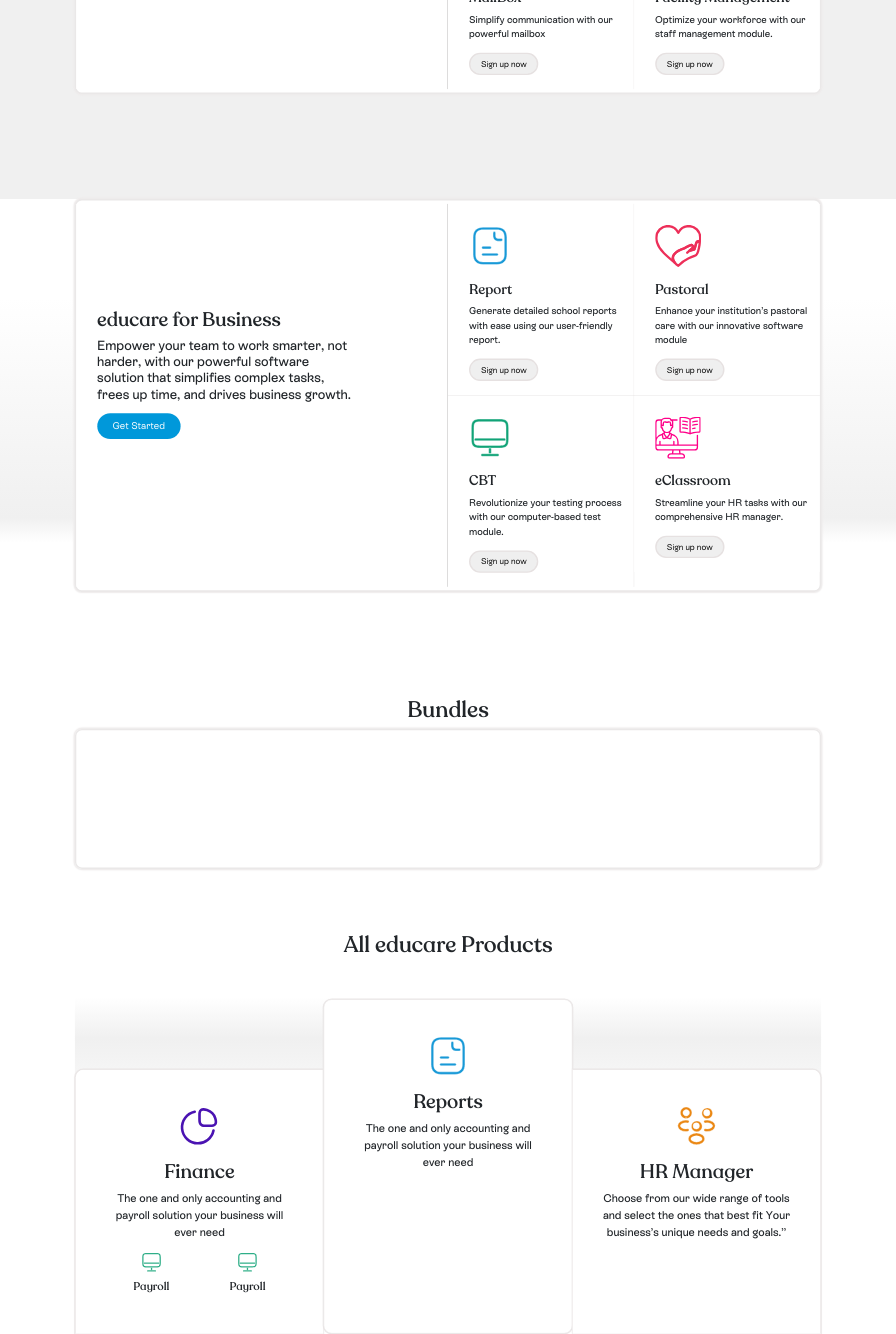
Repository: sarahnnanyelugo/educare-web
Page: /
These files come from the project's save history. The page is drawn as it stood at one moment and after the next save; the edit follows.
The browser window is 1280 px wide. The pictures show the part of the page from y = 1605 to 3525 px (the page is 3511 px tall before and 3525 px after), at 70% of full size.
The project was rebuilt for these pictures with package versions that can differ from the ones it lists, and the page was loaded fresh each time.

Above is the page before, as saved 2023-04-05 10:54:00.

### src/App.jsx
import React from "react";
import logo from "./logo.svg";
import "./App.scss";
import "bootstrap/dist/css/bootstrap.min.css";
import { BrowserRouter, Routes, Route, Link, Outlet } from "react-router-dom";
import NavBar from "./components/NavBar/NavBar";
import { Home } from "./pages/Home/Home";

function App() {
  return (
    <>
      {" "}
      <NavBar />
      <Routes>
        <Route path="/" element={<Home />} />
      </Routes>
    </>
  );
}

export default App;

### src/App.scss
@font-face {
  font-family: rebondG;
  src: url(./assets/fonts/Rebond_font/RebondG.otf);
}
@font-face {
  font-family: rebondG-Bold;
  src: url(./assets/fonts/Rebond_font/RebondG-Bold.otf);
}
@font-face {
  font-family: rebondG-Medium;
  src: url(./assets/fonts/Rebond_font/RebondGrotesqueMedium.otf);
}

@font-face {
  font-family: recoMedium;
  src: url(./assets/fonts/Recoleto-font/RecoletaAlt-Medium.ttf);
}

h1,
h2,
h3,
h4,
h5,
h6 {
  font-family: recoMedium;
}
p {
  font-family: rebondG-Medium;
}
@media screen and (min-width: 620px) {
  .flexy {
    display: flex;
  }
}
@media screen and (max-width: 620px) {
  .flexyM {
    display: flex;
  }
}

### src/components/NavBar/NavBar.tsx
import React from "react";
import Logo from "../../assets/images/educare-logo.png";
import { Link, NavLink } from "react-router-dom";
import "./_navbar.scss";

function NavBar() {
  return (
    <div className="navbar-container">
      <div className="logo-holder  ">
        {" "}
        <Link to={"/"}>
          {" "}
          <img className="   logo" src={Logo} alt="Scholar" />
        </Link>
      </div>
      <ul className=" list-inline list-unstyled nav-links-container">
        <li className="list-inline-item">
          <NavLink to={""} className="nav-links">
            Solutions{" "}
            <span>
              <i className="icofont-curved-down"></i>
            </span>
          </NavLink>
        </li>{" "}
        <li className="list-inline-item">
          <NavLink to={""} className="nav-links">
            Resources
          </NavLink>
        </li>{" "}
        <li className="list-inline-item">
          <NavLink to={""} className="nav-links">
            Pricing
          </NavLink>
        </li>{" "}
        <li className="list-inline-item">
          <NavLink to={""} className="nav-links">
            Support
          </NavLink>
        </li>
      </ul>
      <div className="nav-buttons">
        <button className="sign-in-button">Log in</button>
        <button className="get-started-button">Get Started</button>
      </div>
    </div>
  );
}

export default NavBar;

### src/pages/Home/Home.tsx
import React from "react";
import { RandomComponent } from "./RandomComponent/RandomComponent";
import "./_home.scss";
import RedIcon from "../../assets/images/red-dots.svg";
import BlueIcon from "../../assets/images/blue-dots.svg";
import YellowIcon from "../../assets/images/yellow-dots.svg";
import HalfCircle from "../../assets/images/half-circle.svg";
import People from "../../assets/images/people.svg";
import Mail from "../../assets/images/edit.svg";
import People2 from "../../assets/images/people2.svg";
import Pastoral from "../../assets/images/pastoral.svg";
import Chart from "../../assets/images/chart.svg";
import Screen from "../../assets/images/screen.svg";
import Classroom from "../../assets/images/read-book.svg";
import Features from "./Features/Features";
import EducareProducts from "./EducareProducts/EducareProducts";
import OtherEducareProducts from "./OtherEducareProducts/OtherEducareProducts";

export const Home = () => {
  return (
    <>
      <div className="col-md-12 modern-solutions-container">
        <center>
          <div className="col-md-6">
            <h1>Modern solution for your Business</h1>
            <p>
              Unlock Your Business’s Potential with Cutting-Edge Software
              Solutions Designed to Streamline Operations, Optimize Performance,
              and Drive Growth.
            </p>
            <button className="gs-button">Get started</button>
            <button className="request-button">Request for a demo</button>
          </div>
        </center>
      </div>
      <div className="col-md-12 actions-container">
        <div className="col-md-4">
          <div className="col-md-9">
            {" "}
            <RandomComponent
              title="Pick your tools"
              icon={RedIcon}
              paragraph=" Unlock Your Business Potential with Cutting-Edge Software  Solutions Designed to Streamline"
            />
          </div>
        </div>
        <div className="col-md-4">
          <div className="col-md-9">
            {" "}
            <RandomComponent
              title="work smart not hard"
              icon={YellowIcon}
              paragraph="Choose from our wide range of tools and select the ones that best fit Your business’s unique needs and goals.”"
            />
          </div>
        </div>
        <div className="col-md-4">
          <div className="col-md-9">
            {" "}
            <RandomComponent
              title="We’ve got your back"
              icon={BlueIcon}
              paragraph="You can count on our support and expertise every step of the way, so you can focus on your business’s growth and success."
            />
          </div>
        </div>
      </div>
      <div className="features-heading">
        <center>
          <h1>Featured Products</h1>
        </center>
      </div>
      <div
        className="col-md-12  flexy features-holder"
        style={{ paddingBottom: "150px" }}
      >
        <div className="col-md-1">&nbsp;</div>
        <div className="col-md-10  features-container flexy">
          <div className="col-md-6 first-container">
            <h3>educare for Business</h3>
            <p>
              Empower your team to work smarter, not harder, with our powerful
              software solution that simplifies complex tasks, frees up time,
              and drives business growth.
            </p>
            <button>Get Started</button>
          </div>
          <div className="col-md-6">
            <div className="col-md-12 flexy">
              {" "}
              <div className="col-md-6 right-features">
                <Features
                  feature="Finance"
                  detail="The one and only accounting and payroll solution your business will ever need"
                  icon={HalfCircle}
                />{" "}
              </div>{" "}
              <div className="col-md-6">
                <Features
                  feature="HR Manager"
                  detail="The one and only accounting and payroll solution your business will ever need"
                  icon={People2}
                />{" "}
              </div>
            </div>
            <div className="col-md-12 flexy second-grid">
              {" "}
              <div className="col-md-6 right-features">
                <Features
                  feature="MailBox"
                  detail="Simplify communication with our powerful mailbox"
                  icon={Mail}
                />{" "}
              </div>{" "}
              <div className="col-md-6">
                <Features
                  feature="Facility Management"
                  detail="Optimize your workforce with our staff management module."
                  icon={People}
                />{" "}
              </div>
            </div>
          </div>
        </div>
      </div>{" "}
      <div className="col-md-12  flexy features-holder2">
        <div className="col-md-1">&nbsp;</div>
        <div className="col-md-10  features-container flexy ">
          <div className="col-md-6 first-container">
            <h3>educare for Business</h3>
            <p>
              Empower your team to work smarter, not harder, with our powerful
              software solution that simplifies complex tasks, frees up time,
              and drives business growth.
            </p>
            <button>Get Started</button>
          </div>
          <div className="col-md-6">
            <div className="col-md-12 flexy">
              {" "}
              <div className="col-md-6 right-features">
                <Features
                  feature="Report"
                  detail="Generate detailed school reports with ease using our user-friendly report."
                  icon={Chart}
                />{" "}
              </div>{" "}
              <div className="col-md-6">
                <Features
                  feature="Pastoral"
                  detail="Enhance your institution’s pastoral care with our innovative software module"
                  icon={Pastoral}
                />{" "}
              </div>
            </div>
            <div className="col-md-12 flexy second-grid">
              {" "}
              <div className="col-md-6 right-features">
                <Features
                  feature="CBT"
                  detail="Revolutionize your testing process with our computer-based test module."
                  icon={Screen}
                />{" "}
              </div>{" "}
              <div className="col-md-6">
                <Features
                  feature="eClassroom"
                  detail="Streamline your HR tasks with our comprehensive HR manager."
                  icon={Classroom}
                />{" "}
              </div>
            </div>
          </div>
        </div>
      </div>
      <center className="mt">
        <h2>Bundles</h2>
      </center>
      <div className="col-md-12 bundles-container flexy">
        <div className="col-md-1">&nbsp;</div>
        <div className="col-md-10 bundles"></div>
      </div>
      <center className="mt9">
        <h2>All educare Products</h2>
      </center>
      <div className="col-md-12 flexy">
        <div className="col-md-1">&nbsp;</div>
        <div className="col-md-10  flexy products-container">
          <div className="col-md-4 first-product-column">
            <EducareProducts
              productName="Finance"
              productDetail="The one and only accounting and payroll solution your business will ever need"
              productIcon={HalfCircle}
            />
            <div className="col-md-12 flexy flexyM">
              <div className="col-md-6 col-6">
                <OtherEducareProducts
                  productIcon={Screen}
                  productName="Payroll"
                />
              </div>
              <div className="col-md-6 col-6">
                {" "}
                <OtherEducareProducts
                  productIcon={Screen}
                  productName="Payroll"
                />
              </div>
            </div>
          </div>{" "}
          <div className="col-md-4 second-product-column">
            <EducareProducts
              productName="Reports"
              productDetail="The one and only accounting and payroll solution your business will ever need"
              productIcon={Chart}
            />
          </div>
          <div className="col-md-4 third-product-column">
            <EducareProducts
              productName="HR Manager"
              productDetail="Choose from our wide range of tools and select the ones that best fit Your business’s unique needs and goals.”"
              productIcon={People2}
            />
          </div>
        </div>
      </div>
    </>
  );
};

### src/components/NavBar/_navbar.scss
@import "../../variables";
@import "../../shared-styles";

.navbar-container {
  background: inherit;
  padding: 5px 80px;
  display: flex;

  .logo-holder {
    flex-grow: 1;
  }
  .nav-links-container {
    flex-grow: 1;
    margin-top: 20px;
    .nav-links {
      margin: 20px;
      color: #6f6f71;
      text-decoration: none;
      font-family: rebondG-Bold;
    }
    li {
      padding: 3px 0px;
      border-radius: 35px;
      transition: 0.5s ease;
      &:hover {
        background: rgb(224, 222, 222) !important;

        border: solid 1px grey;
      }
    }
  }
  .nav-buttons {
    .get-started-button {
      @include get-started-button;
      margin-left: 10px;
      margin-top: 20px;
    }
    .sign-in-button {
      @include login-or-signup-button;
      margin-top: 20px;
    }
  }
}

### src/pages/Home/RandomComponent/RandomComponent.tsx
import React from "react";
import "./_random-component.scss";
export interface RandomComponentProps {
  title: string;
  paragraph: string;
  icon: string;
}
export const RandomComponent = (props: RandomComponentProps) => {
  return (
    <div className="col-md-12 random-container">
      <div className="heading">
        {" "}
        <img className="" src={props.icon} alt="Scholar" width="100%" />
        <h3>{props.title}</h3>
      </div>
      <p>{props.paragraph}</p>
    </div>
  );
};

### src/pages/Home/_home.scss
@import "../../variables";
@import "../../shared-styles";

.modern-solutions-container {
  padding-top: 80px;
  padding-bottom: 150px;
  background: rgb(240, 240, 240);
  background: linear-gradient(
    0deg,
    rgba(240, 240, 240, 1) 51%,
    rgba(255, 255, 255, 1) 67%
  );

  h1 {
    font-family: recoMedium;
  }
  p {
    font-family: rebondG-Medium;
    font-size: 20px;
    margin-top: 15px;
  }
  .gs-button {
    @include get-started-button;
  }
  .request-button {
    @include login-or-signup-button;
    margin-left: 5px;
  }
}
.actions-container {
  background: $lightblue;
  height: fit-content;
  display: flex;
  padding: 80px 100px;
}
.features-heading {
  margin-top: 170px;
  margin-bottom: 90px;
}
.features-container {
  border: solid 2px rgb(234, 232, 232);
  box-shadow: 0 0 2px 2px rgb(238, 235, 235);
  border-radius: 10px !important;
  height: fit-content;
  // margin-top: 20px;
  padding-bottom: 5px;
  padding-top: 5px;
  background: #fff;
  .first-container {
    padding-right: 130px;
    background: #fff;
    padding-left: 30px;
    border-right: solid 1px rgb(206, 205, 205);
    h3 {
      margin-top: 150px;
    }
    p {
      font-size: 19px;
      line-height: 23px;
    }
    button {
      @include get-started-button;
      margin-bottom: 120px;
    }
  }
  .second-grid {
    border-top: solid 1px rgb(231, 228, 228);
    // box-shadow: 0 0 1px 1px rgb(238, 235, 235);
  }
  .right-features {
    // box-shadow: 0 0 1px 1px rgb(238, 235, 235);
    border-right: solid 1px rgb(231, 228, 228);
  }
}
.features-holder {
  background: rgb(240, 240, 240);
  background: linear-gradient(
    0deg,
    rgba(240, 240, 240, 1) 51%,
    rgba(255, 255, 255, 1) 67%
  );
}
.features-holder2 {
  background: rgb(255, 255, 255);
  background: linear-gradient(
    0deg,
    rgba(255, 255, 255, 1) 31%,
    rgba(240, 240, 240, 1) 36%,
    rgba(255, 255, 255, 1) 80%
  );
  padding-bottom: 150px;
}
.bundles {
  border: solid 2px rgb(234, 232, 232);
  box-shadow: 0 0 2px 2px rgb(238, 235, 235);
  border-radius: 10px !important;
  height: 200px;
  // margin-top: 20px;
  padding-bottom: 5px;
  padding-top: 5px;
}
.products-container {
  background: rgb(255, 255, 255);
  background: linear-gradient(
    0deg,
    rgba(255, 255, 255, 1) 15%,
    rgba(240, 240, 240, 1) 18%,
    rgba(255, 255, 255, 1) 54%,
    rgba(240, 240, 240, 1) 80%,
    rgba(255, 255, 255, 1) 91%
  );
  height: fit-content;
  .first-product-column {
    padding: 50px 40px;
    background: #ffff;
    border-top: solid 1px rgb(233, 229, 229);
    border-left: solid 1px rgb(233, 229, 229);
    margin-top: 150px;
    border-top-left-radius: 12px;
    box-shadow: 0 0 1px 1px rgb(233, 229, 229);
  }
  .second-product-column {
    padding: 50px 40px;
    background: #ffff;
    border: solid 1px rgb(233, 229, 229);
    box-shadow: 0 0 1px 1px rgb(233, 229, 229);
    border-radius: 12px;

    margin-top: 50px;
  }
  .third-product-column {
    padding: 50px 40px;
    background: #ffff;
    border-top: solid 1px rgb(233, 229, 229);
    border-right: solid 1px rgb(233, 229, 229);
    margin-top: 150px;
    box-shadow: 0 0 1px 1px rgb(233, 229, 229);
    border-top-right-radius: 12px;
  }
}

### src/pages/Home/Features/Features.tsx
import React from "react";
import "./_features.scss";
export interface featuresProps {
  feature: string;
  detail: string;
  icon: string;
}
export const Features = (props: featuresProps) => {
  return (
    <>
      <div className="col-md-12 features">
        <img className="" src={props.icon} alt="Scholar" />
        <h5>{props.feature}</h5>
        <p>{props.detail}</p>
        <button>Sign up now</button>
      </div>
    </>
  );
};

export default Features;

### src/pages/Home/EducareProducts/EducareProducts.tsx
import React from "react";
import './educare-products.scss'
export interface ProductComponentProps {
  productName: string;
  productDetail: string;
  productIcon: string;
}
export const EducareProducts = (props: ProductComponentProps) => {
  return (
    <>
      <div className="col-md-12 educare-products">
        <center>
          <img
            className=""
            src={props.productIcon}
            alt="Scholar"
            width="100%"
          />
          <h3>{props.productName}</h3>
          <p>{props.productDetail}</p>
        </center>
      </div>
    </>
  );
};

export default EducareProducts;

### src/pages/Home/OtherEducareProducts/OtherEducareProducts.tsx
import React from "react";
import "./other-products.scss";
export interface OtherProductProps {
  productName: string;

  productIcon: string;
}
export const OtherEducareProducts = (props: OtherProductProps) => {
  return (
    <div className="col-md-12 other-products-container">
      <center>
        {" "}
        <img className="" src={props.productIcon} alt="icon" width="100%" />
        <h6>{props.productName}</h6>
      </center>
    </div>
  );
};

export default OtherEducareProducts;

### src/_variables.scss
$blue: #0098da;
$lightblue: #e1f2fa;

@mixin get-started-button {
  background-color: $blue;
  color: #fff;
  border-radius: 35px;
  border: none;
  padding: 8px 22px;
  font-size: 14px;
  font-family: rebondG;
  &:hover {
    background: #005b83;
    transition: 0.5s ease;
  }
}
@mixin login-or-signup-button {
  baclground: #fff;
  color: black;
  border-radius: 20px;
  padding: 5px 15px;
  font-size: 12px;
  border: none;
  border: solid 2px rgb(230, 225, 225);
  font-family: rebondG;
  &:hover {
    background: grey;
    transition: 0.5s ease;
  }
}

### src/_shared-styles.scss
.mt1 {
  margin-top: 10px;
}
.mt2 {
  margin-top: 20px;
}
.mt3 {
  margin-top: 30px;
}
.mt4 {
  margin-top: 40px;
}
.mt5 {
  margin-top: 50px;
}
.mt6 {
  margin-top: 60px;
}
.mt7 {
  margin-top: 70px;
}
.mt8 {
  margin-top: 80px;
}
.mt9 {
  margin-top: 90px;
}

### src/pages/Home/RandomComponent/_random-component.scss
.random-container {
  img {
    width: 20px;
    // margin-right: 10px;
  }
  .heading {
    display: flex;
    h3 {
      font-family: recoMedium;
      margin-left: 10px;
    }
  }
  p {
    font-family: rebondG-Medium;
    margin-left: 30px;
    font-size: 17px;
  }
}

### src/pages/Home/Features/_features.scss
@import "../../../variables";
@import "../../../shared-styles";

.features {
  padding-left: 30px;
  height: fit-content;
  padding-bottom: 20px;
  background: #fff;
  img {
    height: 60px;
    margin-left: 0 !important;
    margin-top: 30px;
    margin-bottom: 20px;
  }
  button {
    @include login-or-signup-button;
    // margin-bottom: 50px;
  }
  p {
    font-size: 14px;
  }
}

### src/pages/Home/EducareProducts/educare-products.scss
.educare-products {
  img {
    height: 60px;
    margin-bottom: 20px;
  }
}

### src/pages/Home/OtherEducareProducts/other-products.scss
.other-products-container {
  img {
    height: 30px;
    margin-bottom: 10px;
  }
}

Loaded but not shown: public/index.html (common file); src/index.tsx (common file); src/index.css (common file); src/reportWebVitals.ts (common file)

After the next save:
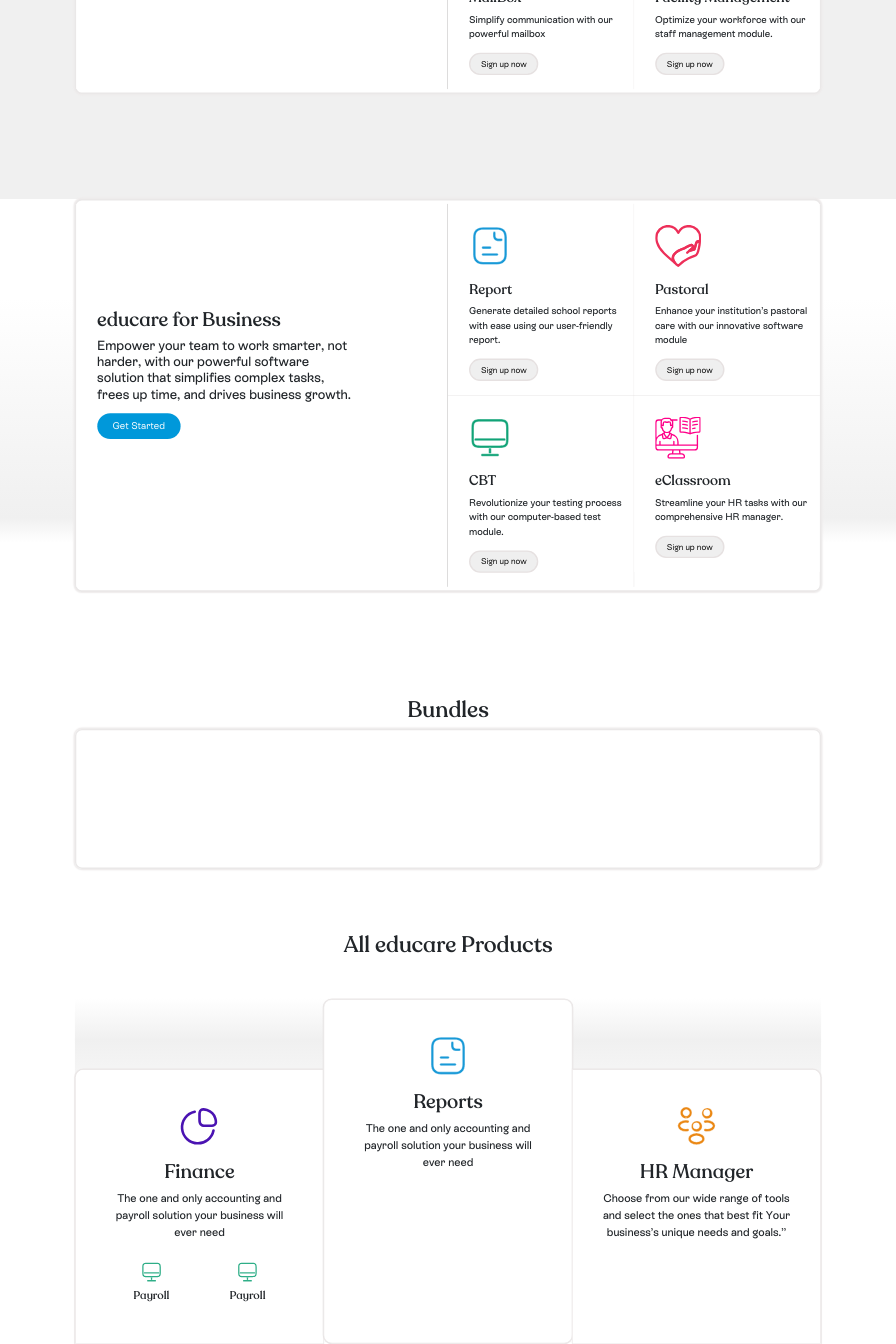
Saved 4 min 21 s later.
--- a/src/pages/Home/Home.tsx
+++ b/src/pages/Home/Home.tsx
@@ -192,7 +192,7 @@
               productDetail="The one and only accounting and payroll solution your business will ever need"
               productIcon={HalfCircle}
             />
-            <div className="col-md-12 flexy flexyM">
+            <div className="col-md-12 flexy flexyM mt3">
               <div className="col-md-6 col-6">
                 <OtherEducareProducts
                   productIcon={Screen}
